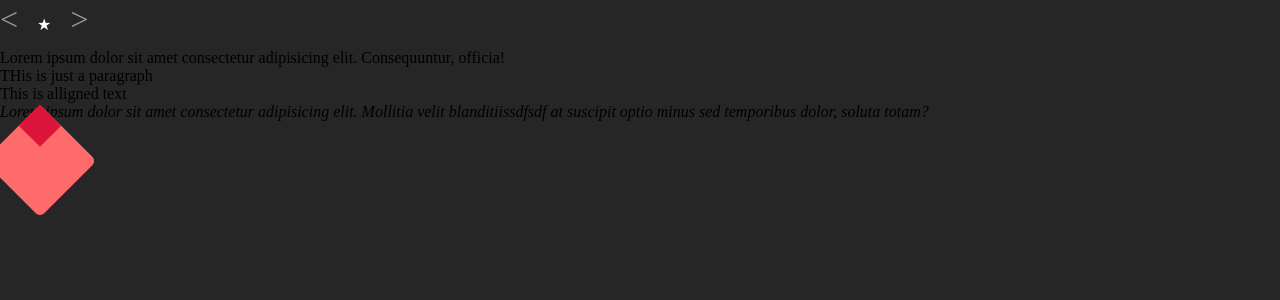
Repository: robin-webdev/frontend
Page: CSS/index.html
An editor plug-in stored every save of this project. The page is shown before and after the next save, followed by the edit.
The browser window is 1280 px wide. The pictures show the whole page.
The style sheet was rebuilt from its Sass, Less or Tailwind sources for each picture, by a compiler version that may differ from the author's.

Above is the page before, as saved 2025-12-16 06:31:27.

After the next save:
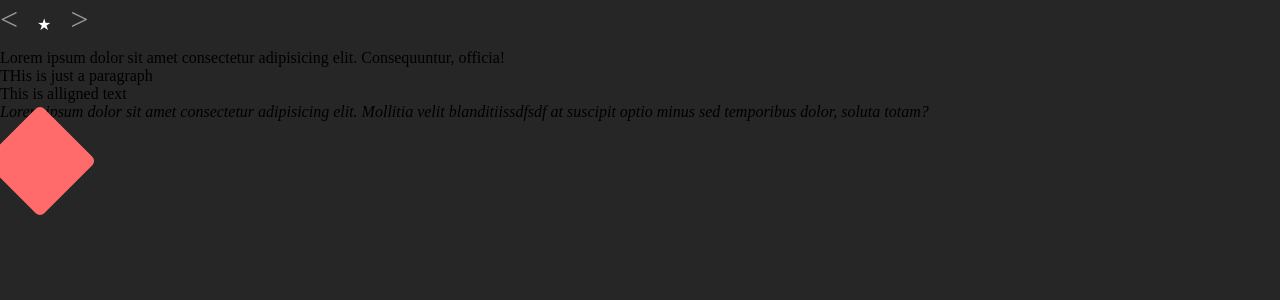
Saved 14 s later.
--- a/CSS/style.scss
+++ b/CSS/style.scss
@@ -63,9 +63,5 @@ body {
   border-radius: 6px;
   transform: rotate(45deg);
 
-  .child{
-    height: 30px;
-    width: 30px;
-    background-color: crimson;
-  }
+
 }
